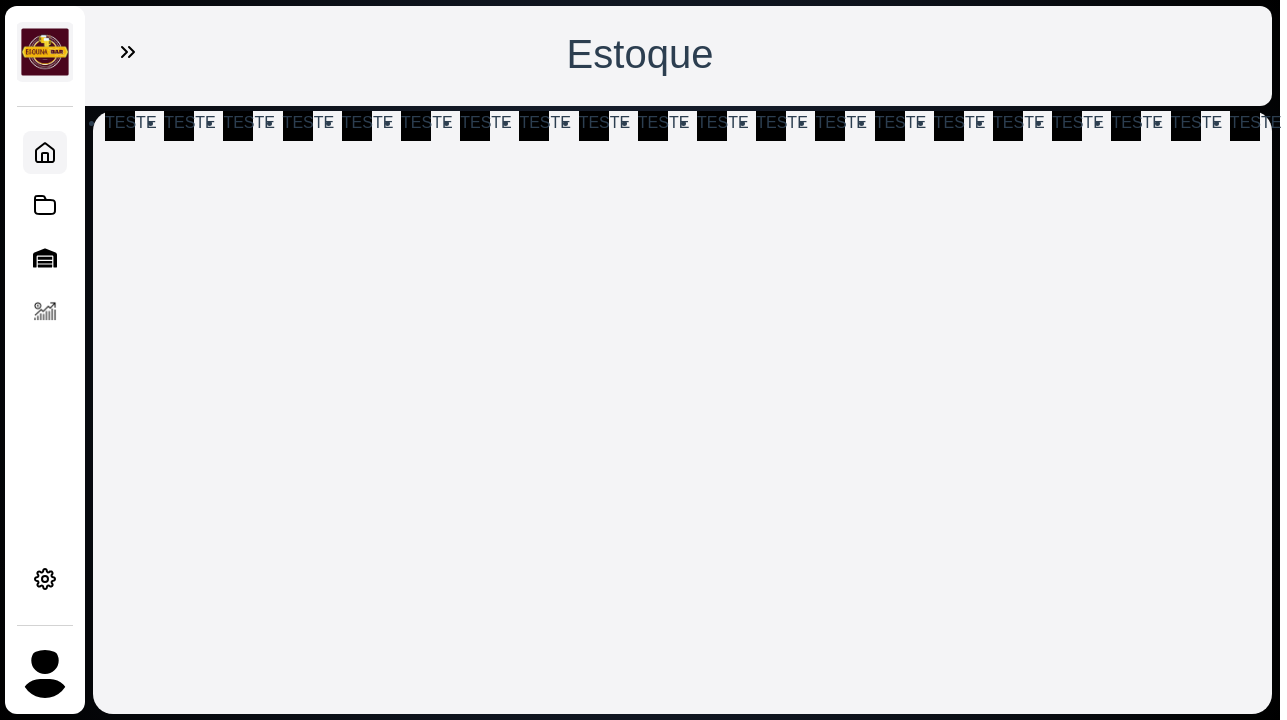
Repository: jazaoo13/Projeto_Oficina_Integracao
Page: / (app in Aplicacao_vue/)
The author's editor kept a copy of each file at every save. The page is drawn from the files as they stood at one save, then again after the next save.
The browser window is 1280 px wide. The page is 1287 px wide, so the pictures cover 1287 px, including what lies to the right of the window. The pictures show the whole page.
The page's requests for data from a server got no answer. The project was rebuilt for these pictures with package versions that can differ from the ones it lists, and the page was loaded fresh each time. No one was signed in, and anything a server would have sent is missing. Also part of the build but not shown: Aplicacao_vue/vue.config.js, Aplicacao_vue/src/View/jazao.vue.

Above is the page before, as saved 2023-11-19 15:35:27.

### Aplicacao_vue/public/index.html
<!DOCTYPE html>
<html lang="">
  <head>
    <meta charset="utf-8">
    <meta name="viewport" content="width=device-width, initial-scale=1">
    <meta http-equiv="X-UA-Compatible" content="IE=edge">
    <meta name="viewport" content="width=device-width,initial-scale=1.0">
    <link rel="icon" href="<%= BASE_URL %>favicon.ico">
    <link href="https://cdn.jsdelivr.net/npm/bootstrap@5.3.2/dist/css/bootstrap.min.css" rel="stylesheet" integrity="sha384-T3c6CoIi6uLrA9TneNEoa7RxnatzjcDSCmG1MXxSR1GAsXEV/Dwwykc2MPK8M2HN" crossorigin="anonymous">
    <title>Controle de Bebidas</title>
  </head>
  <body>
    <script src="https://cdn.jsdelivr.net/npm/bootstrap@5.3.2/dist/js/bootstrap.bundle.min.js" integrity="sha384-C6RzsynM9kWDrMNeT87bh95OGNyZPhcTNXj1NW7RuBCsyN/o0jlpcV8Qyq46cDfL" crossorigin="anonymous"></script>
    <div id="app"></div>
    <!-- built files will be auto injected -->
  </body>
</html>

### Aplicacao_vue/src/main.js
import Vue from 'vue'
import App from './App.vue'
import {BootstrapVue, IconsPlugin} from 'bootstrap-vue';
import 'font-awesome/css/font-awesome.css';
import 'bootstrap-vue/dist/bootstrap-vue.css'
import 'bootstrap/dist/css/bootstrap.css'
import router from './router'
import Vuex from 'vuex'
import store from './store'

Vue.config.productionTip = false
Vue.use(BootstrapVue);
Vue.use(IconsPlugin);
Vue.use(Vuex);

new Vue({
  router,
  store,
  render: h => h(App)
}).$mount('#app')

### Aplicacao_vue/src/router/index.js
import Vue from 'vue'
import VueRouter from 'vue-router'
import Home from '../View/Home.vue'
import jazao_component from '../View/jazao.vue'
Vue.use(VueRouter)

const routes = [
  {
    path: '/',
    name: 'home',
    component: Home
  },
  {
    path: '/jazao',
    name: 'Jazao',
    component: jazao_component
    //component: () => import(/* webpackChunkName: "about" */ '../View/HomeTeste.vue')
  },

]

const router = new VueRouter({
  mode: 'history',
  base: process.env.BASE_URL,
  routes
})

export default router

### Aplicacao_vue/src/store.js
import Vue from 'vue'
import Vuex from 'vuex'

Vue.use(Vuex)

const store = new Vuex.Store({
    data(){
        return{
            isActive: false
        }
    },
    state: {
        count: 0,
        isActive: false
    },
    mutations: {
        increment(state) {
            state.count++
        },
        setIsActive(state){
            state.isActive = !state.isActive
        }
    },

})
export default store

### Aplicacao_vue/src/View/Home.vue
<template>
    <div class="bodyClass">
        <div class="container-fluid">
            <div class="row">
                <Sidebar></Sidebar>
            </div>
            <div class="content-container">
                <HeaderPage></HeaderPage>
                <EstoqueView></EstoqueView>
            </div>
        </div>

    </div>
</template>

<script>
import axios from 'axios';
import Sidebar from './Sidebar.vue';
import HeaderPage from './Header.vue'
import EstoqueView from '../components/EstoqueView.vue'
export default {
    name: 'HomePage',
    components: {
        Sidebar,
        HeaderPage,
        EstoqueView
    },
    data() {
        return {
            lstApi: '',
        };
    },
    methods: {
        chamar_api() {
            let url = 'https://catfact.ninja/fact';
            axios
                .get(url, {

                })
                .then((resposta) => {
                    this.lstApi = resposta
                })
                .catch((erro) => console.log(erro));
        },
    },
    mounted() {
        this.chamar_api()
    },
};
</script>

<style lang="scss" scoped>
.bodyClass {
    height: 100vh;
    background: radial-gradient(circle at 50% 50%, #192233 20%, #000);
    padding: 0.375rem;
    font-family: Poppins, sans-serif;
    display: flex;
}
.container-fluid {
  flex: 1;
  display: flex;
  flex-direction: column;
  padding-right: 2px;
  padding-left: 2px;
}
.row {
  display: flex;
  flex: 1;
}
.content-container {
  display: flex;
  flex-direction: column;
  flex: 1500;
}
</style>

### Aplicacao_vue/src/View/Sidebar.vue
<template>
    <div>
        <nav :class="{ 'isActive': this.$store.state.isActive }">
            <div class="sidebar-header" :class="{ 'isActive': this.$store.state.isActive }">
                <a class="logo-wrapper">
                    <img src="@/assets/logo_esquina.png" alt="Logo" :class="{ 'isActive': this.$store.state.isActive }">
                    <h2 :class="{ 'isActive': this.$store.state.isActive }">Bar da Esquina</h2>
                </a>
                <button class="toggle-btn" @click="toggle()">
                    <img src="../assets/expand.svg" alt="expand button">
                </button>
            </div>

            <div class="sidebar-links" :class="{ 'isActive': this.$store.state.isActive }">
                <a class="link active">
                    <img src="../assets/home.svg" alt="">
                    <span :class="{ 'isActive': this.$store.state.isActive }">Home</span>
                </a>
                <a class="link">
                    <img src="../assets/projects.svg" alt="">
                    <span :class="{ 'isActive': this.$store.state.isActive }">Cadastro</span>
                </a>
                <a class="link">
                    <img src="../assets/estoque.svg" alt="">
                    <span :class="{ 'isActive': this.$store.state.isActive }">Estoque</span>
                </a>
                <a class="link">
                    <img src="../assets/vendas.png" alt="">
                    <span :class="{ 'isActive': this.$store.state.isActive }">Vendas</span>
                </a>
            </div>


            <div class="sidebar-bottom" :class="{ 'isActive': this.$store.state.isActive }">
                <div class="sidebar-links" :class="{ 'isActive': this.$store.state.isActive }">
                    <a class="link">
                        <img src="../assets/settings.svg" alt="">
                        <span :class="{ 'isActive': this.$store.state.isActive }">Configurações</span>
                    </a>
                </div>

                <div class="user-profile" :class="{ 'isActive': this.$store.state.isActive }">
                    <div class="user-avatar">
                        <img src="../assets/user.svg" alt="">
                    </div>
                    <div class="user-details" :class="{ 'isActive': this.$store.state.isActive }">
                        <p class="username">Usuario</p>
                        <p class="user-email">email@gmail.com</p>
                    </div>
                </div>
            </div>
        </nav>
    </div>
</template>

<script>
import { mapState } from 'vuex'
export default {
    name: "SiderBar",
    components: {
    },
    data() {
        return {
            //isActive:false,
            // imagens:{
            //     imagem1: url=''
            // }
            //array de objetos para os botoes laterais
        }
    },
    methods: {
        Abre_Cadastro() {

        },
        computed: {
            ...mapState(['isActive'])

        },
        toggle() {
            this.$store.commit('setIsActive');

            const toggleBtn = document.querySelector(".toggle-btn");
            toggleBtn.style.transform = this.$store.state.isActive ? "rotate(180deg)" : "rotate(0deg)";
        },
    },
    mounted() {

    },
}
</script>


<style lang="scss">
*,
*::before,
*::after {
    margin: 0;
    padding: 0;
    box-sizing: border-box;
}

button,
a {
    all: unset;
    font: inherit;
    cursor: pointer;
    text-decoration: none !important;
}

a:hover {
    color: inherit !important;
}

nav {
    position: fixed;
    width: 5rem;
    height: calc(100vh - 0.75rem);
    background-color: #ffffff;
    padding: 1rem 0.75rem;
    border-radius: 0.75rem;
    display: flex;
    flex-direction: column;
    transition: width 500ms ease;

    &.isActive {
        width: 15rem;
    }
}

h2 {
    display: none;

    &.isActive {
        display: inline;
        font-size: 1.5rem;
    }
}

.sidebar-header,
.sidebar-links {
    display: flex;
    justify-content: center;
    align-items: center;
    overflow: hidden;
    flex-direction: column;
    &.isActive {
        justify-content: start;
        align-items: stretch;
    }
}
.sidebar-links {
    flex-direction: column;
    margin-bottom: auto;
    gap: 0.6rem;
    padding-bottom: 1.5rem;
    padding-top: 1.5rem;
}
.sidebar-header {
    margin-bottom: 1.5rem;
    &.isActive {
        justify-content: start;
        align-items: stretch;
    }
}

.logo-wrapper {
    display: flex;
    justify-content: start;
    align-items: center;
    gap: 1.25rem;
    text-decoration: none !important;
}

a.logo-wrapper:hover {
    color: inherit !important;
}

.logo-wrapper>img {
    width: 60px;
    height: 60px;
    background-color: #f4f4f6;
    padding: 0.4rem;
    border-radius: 0.5rem;

    &.isActive {
        width: 100px;
        height: 100px;
    }
}

nav>.sidebar-links {
    border-top: 1px solid rgb(211, 211, 211);
}

.link {
    display: flex;
    padding: 0.6rem;
    border-radius: 0.5rem;
    gap: 1.5rem;
}

span {
    display: none;

    &.isActive {
        display: inline;
    }
}

.link:hover,
.link.active:hover {
    background-color: #e4e4e8;
}

.link.active {
    background-color: #f4f4f6;
}

.link>img {
    width: 24px;
    height: 24px;
}

.sidebar-bottom .sidebar-links {
    padding-bottom: 1.5rem;
}

.toggle-btn {
    position: absolute;
    top: 26px;
    right: -63px;
    padding: 0.5rem;
    background-color:var(--bs-heading-color);
    border-radius: 50%;
    display: flex;
    justify-content: center;
    align-items: center;
    transition: transform 0.25s ease;
}

.user-profile {
    display: flex;
    justify-content: center;
    align-items: center;
    gap: 1.5rem;
    padding-top: 1.5rem;
    border-top: 1px solid rgb(211, 211, 211);

    &.isActive {
        justify-content: start;
        align-items: stretch;
    }
}

.user-avatar {
    width: 48px;
    height: 48px;
    cursor: pointer;
    transition: scale 0.2s ease;
}

.user-avatar img {
    width: 100%;
    height: 100%;
    border-radius: 50%;
    object-fit: cover;
}

.user-avatar:hover {
    scale: 1.1;
}

.user-details {
    align-self: center;
    overflow: hidden;
    display: none;

    .username {
        font-size: 0.85rem;
        font-weight: 600;
    }

    .user-email {
        font-size: 0.8rem;
    }

    &.isActive {
        display: inline;
    }

}</style>

### Aplicacao_vue/src/View/Header.vue
<template>
    <div>
        <div class="header" :class="{ 'isActive': this.$store.state.isActive }">
        <h1 class="titulo">Estoque</h1>
        </div>
    </div>
</template>

<script>
import { mapState } from 'vuex'
export default {
    name: "HeaderPage",
    data() {
        return {
            //isActive: false,
        }
    },
    computed: {
        ...mapState(['isActive'])

    },
}
</script>

<style lang="scss" scoped>
.header {
    //width: calc(100% - 85px);
    background-color: #f4f4f6;
    border-radius: 0.75rem;
    height: 100px;
    margin-left:auto;
    transition: width 500ms ease ;
    &.isActive{
        //width:calc(100% - 245px);
        transition: width 500ms ease ;
    }
}
.titulo{
    height: 100%;
    padding-top: 1.5rem;
}

// .header{

// }
</style>

### Aplicacao_vue/src/components/EstoqueView.vue
    <template>
    <div class="row"  :class="{ 'isActive': this.$store.state.isActive }">
            <ul class="teste">
                <li class="items">TESTE</li>
                <li class="items">TESTE</li>
                <li class="items">TESTE</li>
                <li class="items">TESTE</li>
                <li class="items">TESTE</li>
                <li class="items">TESTE</li>
                <li class="items">TESTE</li>
                <li class="items">TESTE</li>
                <li class="items">TESTE</li>
                <li class="items">TESTE</li>
                <li class="items">TESTE</li>
                <li class="items">TESTE</li>
                <li class="items">TESTE</li>
                <li class="items">TESTE</li>
                <li class="items">TESTE</li>
                <li class="items">TESTE</li>
                <li class="items">TESTE</li>
                <li class="items">TESTE</li>
                <li class="items">TESTE</li>
                <li class="items">TESTE</li>
            </ul>
    </div>
</template>

<script>

import { mapState } from 'vuex'
    export default {
        name:"EstoqueView",
        methods: {
        computed: {
            ...mapState(['isActive'])
        }
    },
    }
</script>

<style lang="scss" scoped>
.row{
    background-color: #f4f4f6;
    width: calc(100% - 85px);
    margin-left: auto;
    border-radius: 20px;
    margin-top: 5px;
    margin-right:0px;
    height: calc(100% - 10px);
    transition: width 500ms ease ;
    &.isActive{
        width:calc(100% - 245px);
        transition: width 500ms ease ;
    }
}
.items{

    background-color: black;
    width: 30px;
    height: 30px;
}
.teste{
    display: flex;
    flex-direction: row;
    justify-content: space-between;
    flex-wrap: wrap;
    flex-grow: 2;
}
</style>

Loaded but not shown: Aplicacao_vue/src/App.vue (common file)

After the next save:
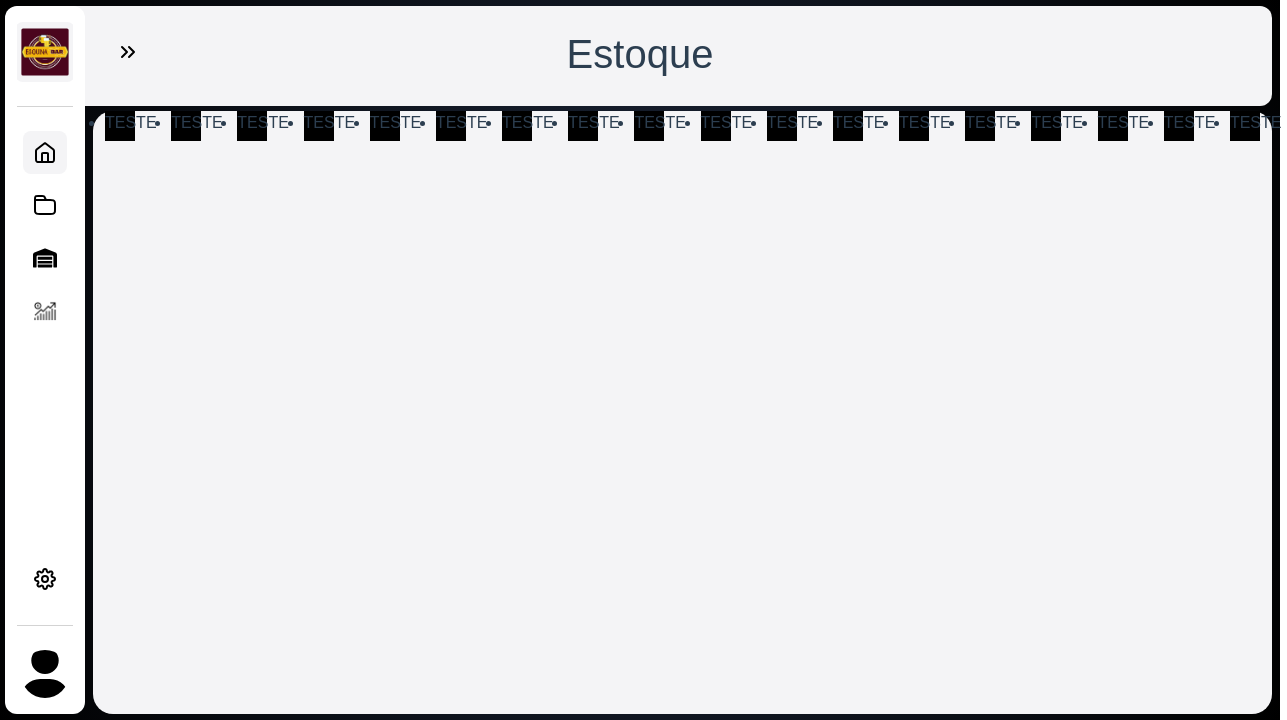
Saved 36 min 7 s later.
--- a/Aplicacao_vue/src/components/EstoqueView.vue
+++ b/Aplicacao_vue/src/components/EstoqueView.vue
@@ -1,8 +1,6 @@
     <template>
     <div class="row"  :class="{ 'isActive': this.$store.state.isActive }">
             <ul class="teste">
-                <li class="items">TESTE</li>
-                <li class="items">TESTE</li>
                 <li class="items">TESTE</li>
                 <li class="items">TESTE</li>
                 <li class="items">TESTE</li>
